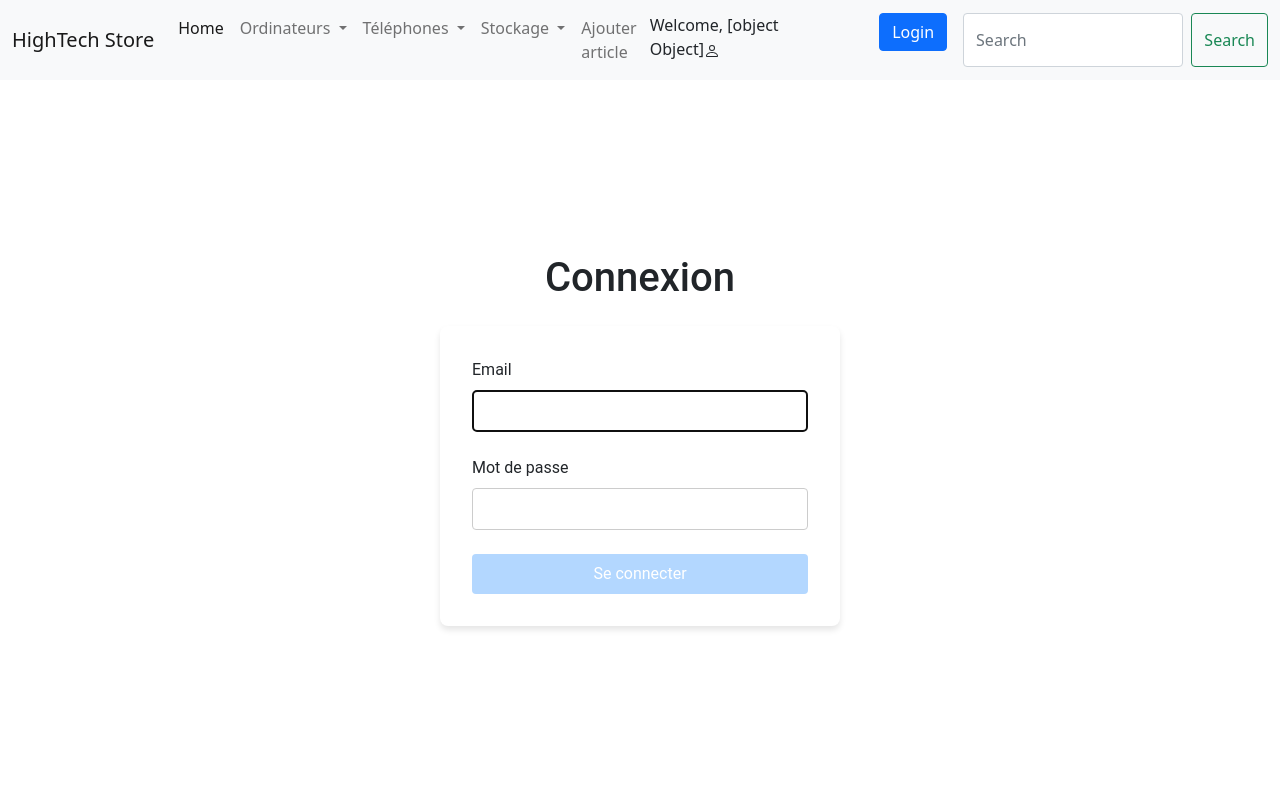
Repository: HaPhuong-krys/M1-angular
Page: /Connexion
These files come from the project's save history. The page is drawn as it stood at one moment and after a run of saves; the edit follows.
The browser window is 1280 px wide. The pictures show the whole page.
The project was rebuilt for these pictures with package versions that can differ from the ones it lists, and the page was loaded fresh each time. Also part of the build but not shown: angular.json, src/app/home/home.component.ts, src/app/pc-bureau/pc-bureau.component.ts, src/app/pc-portable/pc-portable.component.ts, src/app/ajouter-article-form/ajouter-article-form.component.ts, src/app/Model/Articles.ts, src/app/accessoire-ordi/accessoire-ordi.component.ts, src/app/smart-phone/smart-phone.component.ts and 10 more.

Above is the page before, as saved 2023-04-23 15:56:47.

After the next 6 saves:
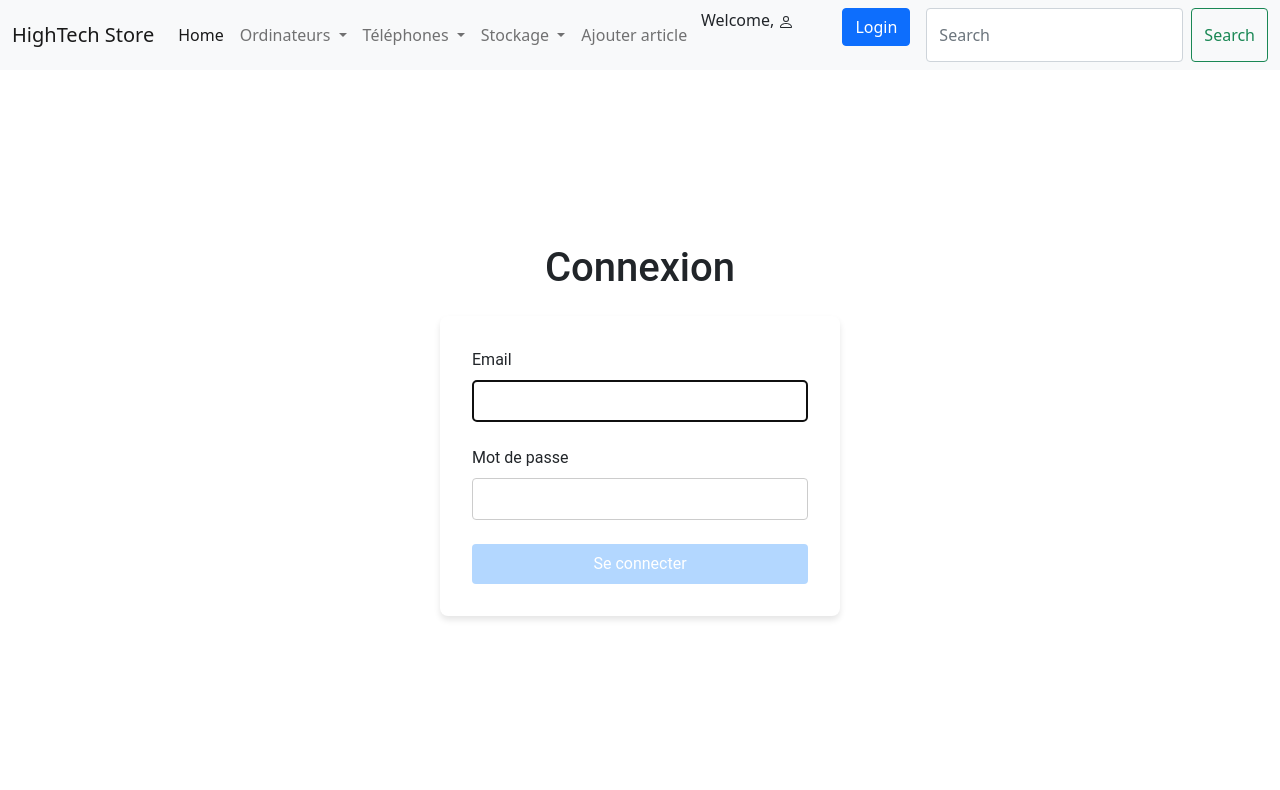
The 6 saves are shown as one change because 3 did not build or start and some came seconds apart.
The last was saved 99 s later.
--- a/src/app/login.service.ts
+++ b/src/app/login.service.ts
@@ -23,7 +23,7 @@
   private isLoggedIn = new BehaviorSubject<boolean>(false);
   isLoggedIn$ = this.isLoggedIn.asObservable();
 
-  public currentUser = new BehaviorSubject<user>({});
+  public currentUser = new BehaviorSubject<user>(null);
   currentUser$ = this.currentUser.asObservable();
 
 

After the 2 saves that followed:
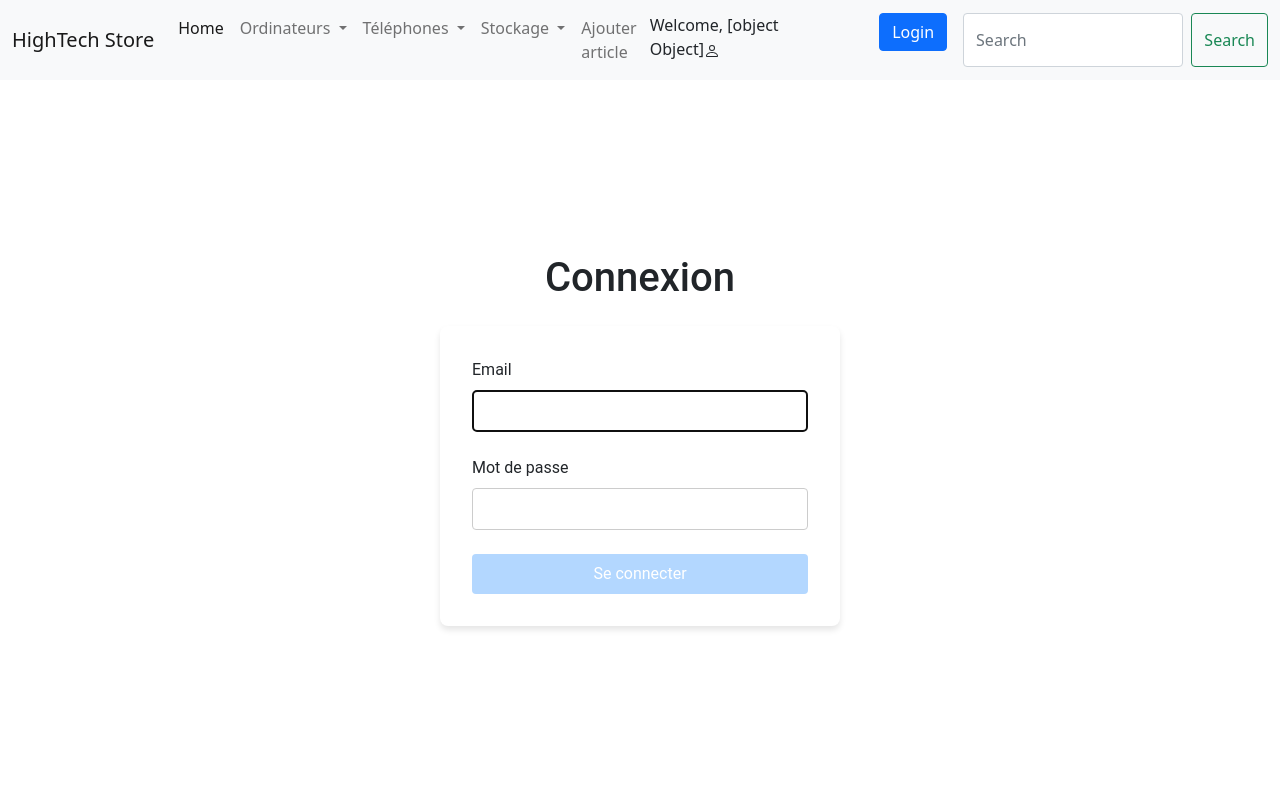
The 2 saves are shown as one change because they came seconds apart.
The last was saved 117 s later.
--- a/src/app/login.service.ts
+++ b/src/app/login.service.ts
@@ -23,7 +23,7 @@
   private isLoggedIn = new BehaviorSubject<boolean>(false);
   isLoggedIn$ = this.isLoggedIn.asObservable();
 
-  public currentUser = new BehaviorSubject<user>(null);
+  public currentUser = new BehaviorSubject<any>({});
   currentUser$ = this.currentUser.asObservable();
 
 
